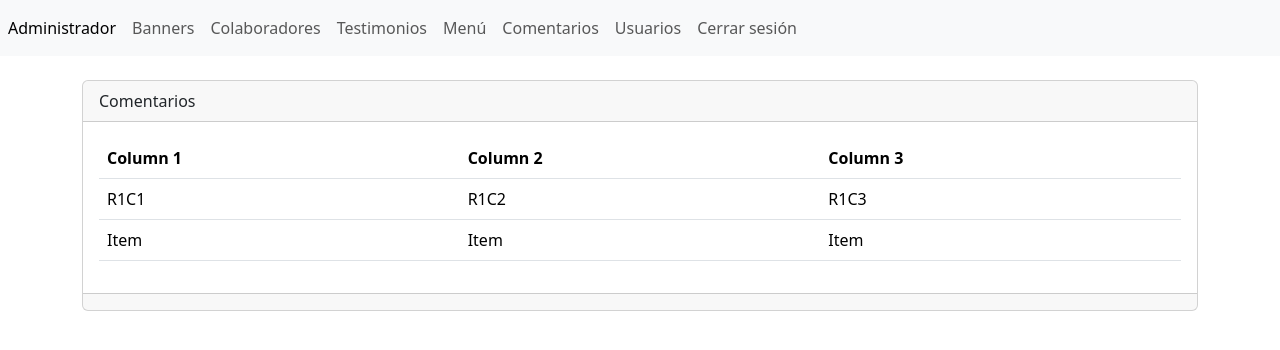
Repository: salextros/Restaurant-Project-PHP-MySQL
Page: http://localhost/TRABAJO_FINAL/restaurant/admin/seccion/comentarios/index.php
These files come from the project's save history. The page is drawn as it stood at one moment and after the next save; the edit follows.
The browser window is 1280 px wide. The pictures show the whole page.
The page is run by PHP 8.4 with error messages shown; the project is at /var/www/html/.

Above is the page before, as saved 2026-02-03 11:40:16.

### restaurant/admin/seccion/comentarios/index.php
<?php include ("../../templates/header.php"); ?>

<br/>
<div class="card">
    <div class="card-header">Comentarios</div>
    <div class="card-body">

    <div
        class="table-responsive-sm"
    >
        <table
            class="table"
        >
            <thead>
                <tr>
                    <th scope="col">Column 1</th>
                    <th scope="col">Column 2</th>
                    <th scope="col">Column 3</th>
                </tr>
            </thead>
            <tbody>
                <tr class="">
                    <td scope="row">R1C1</td>
                    <td>R1C2</td>
                    <td>R1C3</td>
                </tr>
                <tr class="">
                    <td scope="row">Item</td>
                    <td>Item</td>
                    <td>Item</td>
                </tr>
            </tbody>
        </table>
    </div>


    </div>
    <div class="card-footer text-muted"></div>
</div>


<?php include ("../../templates/footer.php"); ?>

### restaurant/admin/templates/header.php
<?php
$url_base = "http://localhost/TRABAJO_FINAL/restaurant/admin/";
?>
<!doctype html>
<html lang="en">

    <head>
        <title>Administrador del sitio web </title>
        <!-- Required meta tags -->
        <meta charset="utf-8" />
        <meta
            name="viewport"
            content="width=device-width, initial-scale=1, shrink-to-fit=no"
        />

        <!-- Bootstrap CSS v5.2.1 -->
        <link
            href="https://cdn.jsdelivr.net/npm/bootstrap@5.3.2/dist/css/bootstrap.min.css"
            rel="stylesheet"
            integrity="sha384-T3c6CoIi6uLrA9TneNEoa7RxnatzjcDSCmG1MXxSR1GAsXEV/Dwwykc2MPK8M2HN"
            crossorigin="anonymous"
        />
    </head>

    <body>
        <header>
            <!-- place navbar here -->
            <nav class="navbar navbar-expand navbar-light bg-light">
                <div class="nav navbar-nav">
                    <a class="nav-item nav-link active" href="#" aria-current="page">Administrador<span class="visually-hidden">(current)</span></a>

                    <a class="nav-item nav-link" href="<?php echo $url_base;?>seccion/banners">Banners</a>
                    <a class="nav-item nav-link" href="<?php echo $url_base;?>seccion/colaboradores">Colaboradores</a>
                    <a class="nav-item nav-link" href="<?php echo $url_base;?>seccion/testimonios">Testimonios</a>
                    <a class="nav-item nav-link" href="<?php echo $url_base;?>seccion/menu">Menú</a>
                    <a class="nav-item nav-link" href="<?php echo $url_base;?>seccion/comentarios">Comentarios</a>
                    <a class="nav-item nav-link" href="<?php echo $url_base;?>seccion/usuarios">Usuarios</a>
                    <a class="nav-item nav-link" href="#">Cerrar sesión</a>

                </div>
            </nav>


        </header>
        <main>
        <section class="container">

### restaurant/admin/templates/footer.php
        </section>
        </main>
        <footer>
            <!-- place footer here -->
        </footer>
        <!-- Bootstrap JavaScript Libraries -->
        <script
            src="https://cdn.jsdelivr.net/npm/@popperjs/core@2.11.8/dist/umd/popper.min.js"
            integrity="sha384-I7E8VVD/ismYTF4hNIPjVp/Zjvgyol6VFvRkX/vR+Vc4jQkC+hVqc2pM8ODewa9r"
            crossorigin="anonymous"
        ></script>

        <script
            src="https://cdn.jsdelivr.net/npm/bootstrap@5.3.2/dist/js/bootstrap.min.js"
            integrity="sha384-BBtl+eGJRgqQAUMxJ7pMwbEyER4l1g+O15P+16Ep7Q9Q+zqX6gSbd85u4mG4QzX+"
            crossorigin="anonymous"
        ></script>
    </body>
</html>

After the next save:
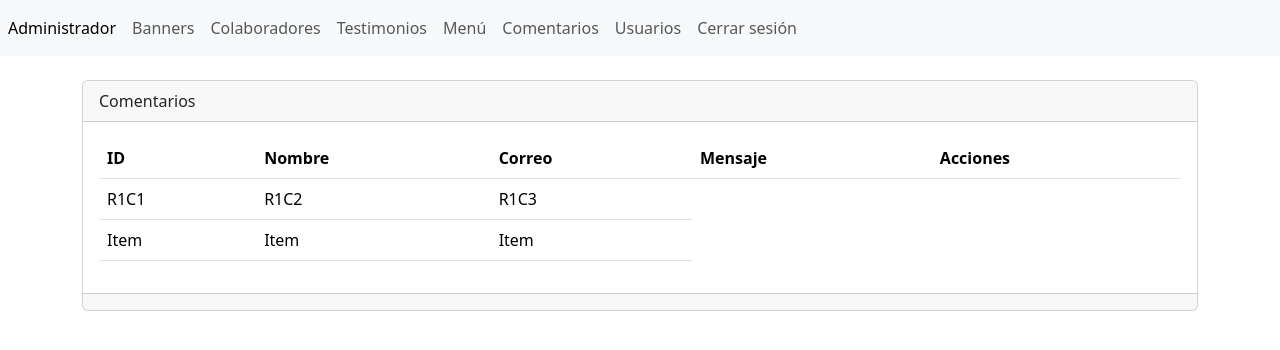
Saved 5 min 10 s later.
--- a/restaurant/admin/seccion/comentarios/index.php
+++ b/restaurant/admin/seccion/comentarios/index.php
@@ -13,9 +13,11 @@
         >
             <thead>
                 <tr>
-                    <th scope="col">Column 1</th>
-                    <th scope="col">Column 2</th>
-                    <th scope="col">Column 3</th>
+                    <th scope="col">ID</th>
+                    <th scope="col">Nombre</th>
+                    <th scope="col">Correo</th>
+                    <th scope="col">Mensaje</th>
+                    <th scope="col">Acciones</th>
                 </tr>
             </thead>
             <tbody>
